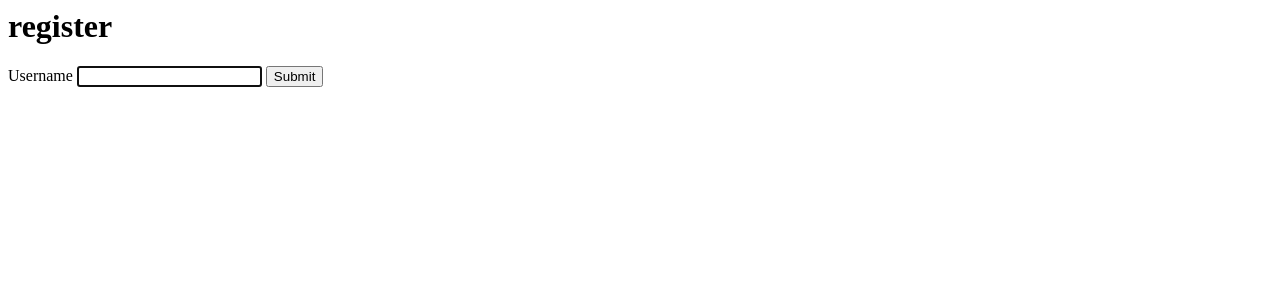
Repository: Abdaljawad-Aya/login-register-auth-validation-Django
Page: http://localhost/register/
The author's editor kept a copy of each file at every save. The page is drawn from the files as they stood at one save, then again after the next save.
The browser window is 1280 px wide. The pictures show the whole page.
The page is served by the project's application, run on Django 3.2 (project8/manage.py).

Above is the page before, as saved 2021-03-11 22:09:49.

After the next save:
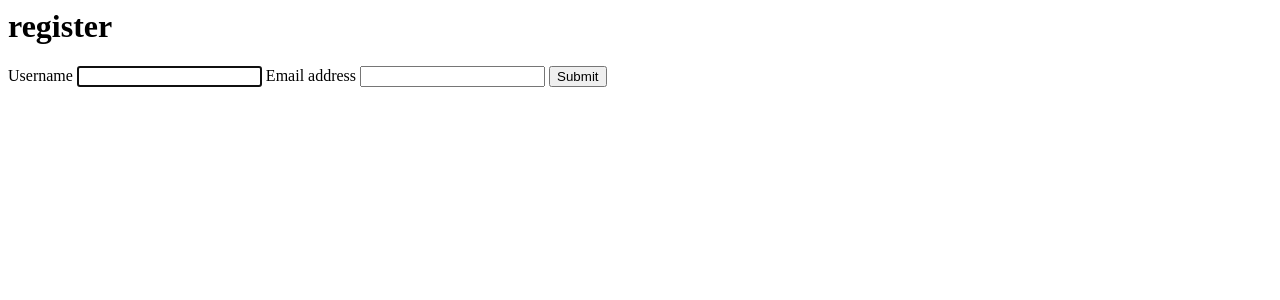
Saved 14 s later.
--- a/project8/project8/templates/register.html
+++ b/project8/project8/templates/register.html
@@ -5,5 +5,8 @@
   {% csrf_token %}
   {{form.username.label}}
   {{form.username}}
+
+  {{form.email.label}}
+  {{form.email}}
      <input type="submit" name="Create User">
 </form>
